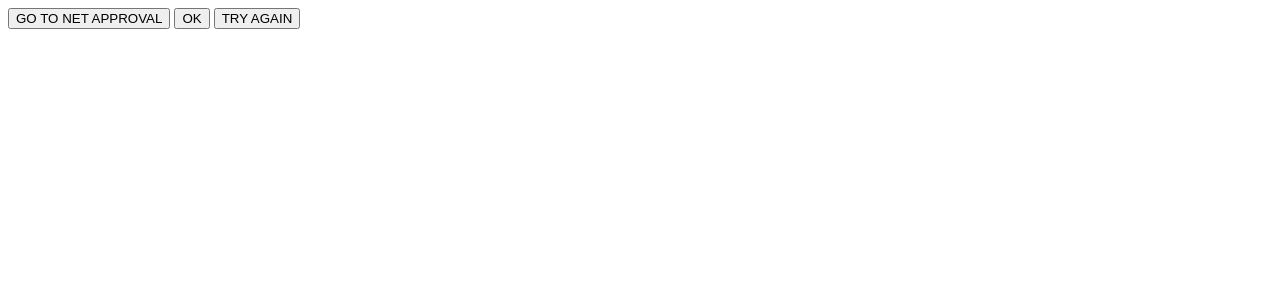
Repository: phunobi1807/theband
Page: btn.html
These files come from the project's save history. The page is drawn as it stood at one moment and after the next save; the edit follows.
The browser window is 1280 px wide. The pictures show the whole page.

Above is the page before, as saved 2021-06-12 11:52:04.

### btn.html
<!DOCTYPE html>
<html lang="en">
<head>
    <meta charset="UTF-8">
    <meta http-equiv="X-UA-Compatible" content="IE=edge">
    <meta name="viewport" content="width=device-width, initial-scale=1.0">
    <title>Document</title>
    <link rel="stylesheet" href="./btn.css">
</head>
<body>
    <div>
        <button class="btn">GO TO NET APPROVAL</button>
        <button class="btn">OK</button>
        <button class="btn">TRY AGAIN</button>
    </div>

</body>
</html>

### btn.css

body > div
{
    margin: auto;
}
/* Block  */
.btn
{
    display: inline-block;
    text-decoration: none;
}

After the next save:
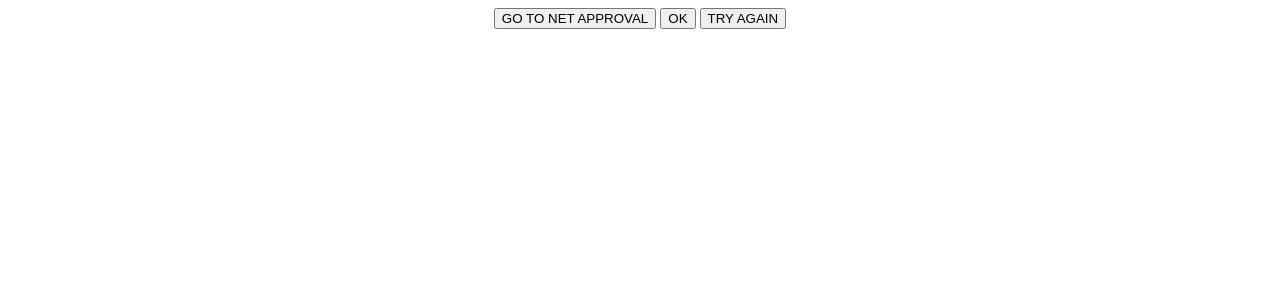
Saved 24 s later.
--- a/btn.css
+++ b/btn.css
@@ -1,4 +1,7 @@
-
+body
+{
+    display: flex;
+}
 body > div
 {
     margin: auto;

After the save that followed:
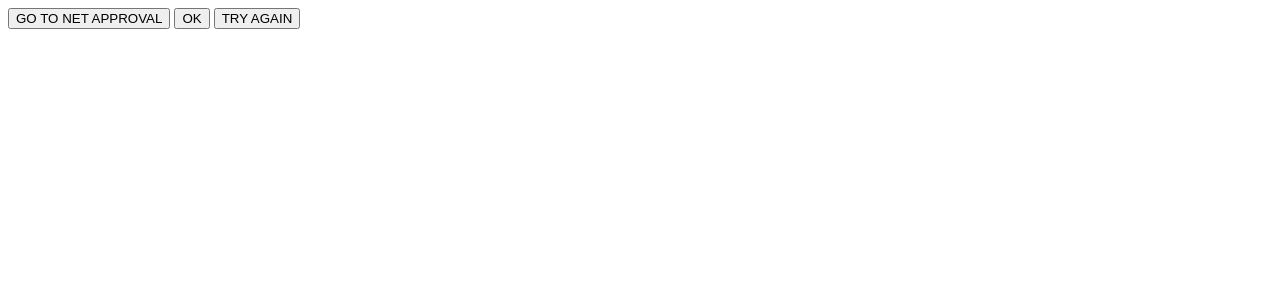
Saved 12 s later.
--- a/btn.css
+++ b/btn.css
@@ -4,7 +4,7 @@
 }
 body > div
 {
-    margin: auto;
+    margin: 0;
 }
 /* Block  */
 .btn
